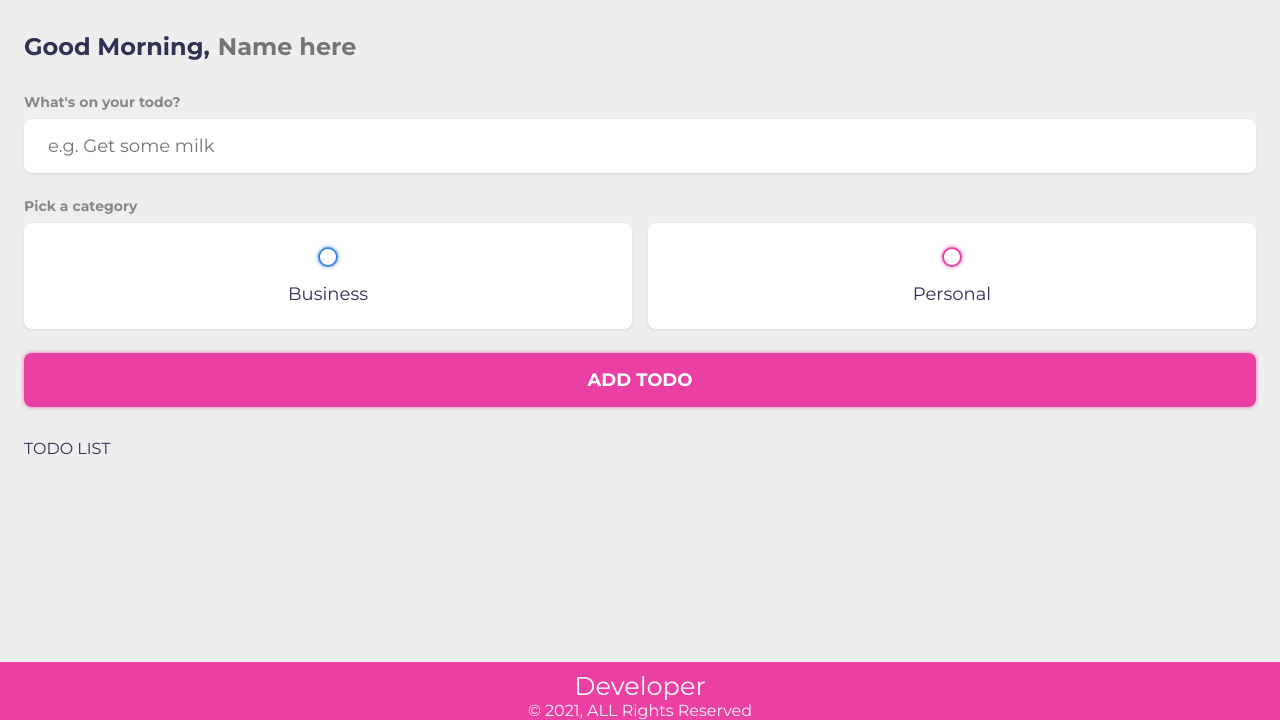
Repository: kluivert-ssali/kaDo_final
Page: index.html
The author's editor kept a copy of each file at every save. The page is drawn from the files as they stood at one save, then again after the next save.
The browser window is 1280 px wide. The pictures show the whole page.
Some web libraries are served in a nearby version.

Above is the page before, as saved 2023-06-11 21:23:04.

### index.html
<!DOCTYPE html>
<html lang="en">
  <head>
    <meta charset="UTF-8" />
    <meta http-equiv="X-UA-Compatible" content="IE=edge" />
    <meta name="viewport" content="width=device-width, initial-scale=1.0" />
    <title>KaDo</title>
    <!-- CSS Import -->
    <link rel="stylesheet" href="main.css" />
    <!-- End of CSS Import -->
    <!-- Fonts -->
    <link rel="preconnect" href="https://fonts.googleapis.com" />
    <link rel="preconnect" href="https://fonts.gstatic.com" crossorigin />
    <link
      href="https://fonts.googleapis.com/css2?family=Fira+Sans:ital,wght@0,400;0,700;0,900;1,400&family=Montserrat:ital,wght@0,400;0,700;0,900;1,400&display=swap"
      rel="stylesheet"
    />
    <!-- End of Fonts -->
  </head>
  <body>
    <script src="https://ajax.googleapis.com/ajax/libs/jquery/2.1.1/jquery.min.js"></script>
    <!-- App Wrapper -->
    <main class="app">
      <!-- Greeting -->
      <h class="day-message"></h>
      <section class="greeting">
        <h2 class="title">
          <span class="day-message"></span>,<input
            type="text"
            id="name"
            placeholder="Name here"
          />
        </h2>
      </section>
      <!-- End of Greeting -->

      <!-- New Todo -->
      <section class="create-todo">
        <form id="new-todo-form">
          <h4>What's on your todo?</h4>
          <input
            type="text"
            placeholder="e.g. Get some milk"
            name="content"
            id="content"
          />

          <h4>Pick a category</h4>
          <div class="options">
            <label>
              <input
                type="radio"
                name="category"
                id="category1"
                value="business"
              />
              <span class="bubble business"></span>
              <div>Business</div>
            </label>
            <label>
              <input
                type="radio"
                name="category"
                id="category2"
                value="personal"
              />
              <span class="bubble personal"></span>
              <div>Personal</div>
            </label>
          </div>

          <input type="submit" value="Add todo" />
        </form>
      </section>
      <!-- End of New Todo -->

      <!-- Todo List -->
      <section class="todo-list">
        <h3>TODO LIST</h3>
        <div class="list" id="todo-list"></div>
      </section>
      <!-- End of Todo List -->
    </main>
    <!-- End of App Wrapper -->

    <!-- JS Import -->
    <script src="main.js"></script>
    <!-- End of JS Import -->
    <footer class="footer">
      <p class="company-name">Developer</p> &copy; 2021, ALL Rights Reserved</p>
    </footer>
  </body>
</html>

### main.css
/* Variables */
:root {
	--primary: #EA40A4;
	--business: #3a82ee;
	--personal: var(--primary);
	--light: #EEE;
	--grey: #888;
	--dark: #313154;
	--danger: #ff5b57;

	--shadow: 0 1px 3px rgba(0, 0, 0, 0.1);

	--business-glow: 0px 0px 4px rgba(58, 130, 238, 0.75);
	--personal-glow: 0px 0px 4px rgba(234, 64, 164, 0.75);
}
/* End of Variables */

/* Resets */
* {
	margin: 0;
	padding: 0;
	box-sizing: border-box;
	font-family: 'montserrat', sans-serif;
}

input:not([type="radio"]):not([type="checkbox"]), button {
	appearance: none;
	border: none;
	outline: none;
	background: none;
	cursor: initial;
}
/* End of Resets */

body {
	background: var(--light);
	color: var(--dark);
}

section {
	margin-top: 2rem;
	margin-bottom: 2rem;
	padding-left: 1.5rem;
	padding-right: 1.5rem;
}

h3 {
	color: var(--dark);
	font-size: 1rem;
	font-weight: 400;
	margin-bottom: 0.5rem;
}

h4 {
	color: var(--grey);
	font-size: 0.875rem;
	font-weight: 700;
	margin-bottom: 0.5rem;
}

.greeting .title {
	display: flex;
}

.greeting .title input {
	margin-left: 0.5rem;
	flex: 1 1 0%;
	min-width: 0;
}

.greeting .title,
.greeting .title input {
	color: var(--dark);
	font-size: 1.5rem;
	font-weight: 700;
}

.create-todo input[type="text"] {
	display: block;
	width: 100%;
	font-size: 1.125rem;
	padding: 1rem 1.5rem;
	color: var(--dark);
	background-color: #FFF;
	border-radius: 0.5rem;
	box-shadow: var(--shadow);
	margin-bottom: 1.5rem;
}

.create-todo .options {
	display: grid;
	grid-template-columns: repeat(2, 1fr);
	grid-gap: 1rem;
	margin-bottom: 1.5rem;
}

.create-todo .options label {
	display: flex;
	flex-direction: column;
	align-items: center;
	justify-content: center;
	background-color: #FFF;
	padding: 1.5rem;
	box-shadow: var(--shadow);
	border-radius: 0.5rem;
	cursor: pointer;
}

input[type="radio"],
input[type="checkbox"] {
	display: none;
}

.bubble {
	display: flex;
	align-items: center;
	justify-content: center;
	width: 20px;
	height: 20px;
	border-radius: 999px;
	border: 2px solid var(--business);
	box-shadow: var(--business-glow);
}

.bubble.personal {
	border-color: var(--personal);
	box-shadow: var(--personal-glow);
}

.bubble::after {
	content: '';
	display: block;
	opacity: 0;
	width: 0px;
	height: 0px;
	background-color: var(--business);
	box-shadow: var(--business-glow);
	border-radius: 999px;
	transition: 0.2s ease-in-out;
}

.bubble.personal::after {
	background-color: var(--personal);
	box-shadow: var(--personal-glow);
}

input:checked ~ .bubble::after {
	width: 10px;
	height: 10px;
	opacity: 1;
}

.create-todo .options label div {
	color: var(--dark);
	font-size: 1.125rem;
	margin-top: 1rem;
}

.create-todo input[type="submit"] {
	display: block;
	width: 100%;
	font-size: 1.125rem;
	padding: 1rem 1.5rem;
	color: #FFF;
	font-weight: 700;
	text-transform: uppercase;
	background-color: var(--primary);
	box-shadow: var(--personal-glow);
	border-radius: 0.5rem;
	cursor: pointer;
	transition: 0.2s ease-out;
}

.create-todo input[type="submit"]:hover {
	opacity: 0.75;
}

.todo-list .list {
	margin: 1rem 0;
}

.todo-list .todo-item {
	display: flex;
	align-items: center;
	background-color: #FFF;
	padding: 1rem;
	border-radius: 0.5rem;
	box-shadow: var(--shadow);
	margin-bottom: 1rem;
}

.todo-item label {
	display: block;
	margin-right: 1rem;
	cursor: pointer;
}

.todo-item .todo-content {
	flex: 1 1 0%;
}

.todo-item .todo-content input {
	color: var(--dark);
	font-size: 1.125rem;
}

.todo-item .actions {
	display: flex;
	align-items: center;
}

.todo-item .actions button {
	display: block;
	padding: 0.5rem;
	border-radius: 0.25rem;
	color: #FFF;
	cursor: pointer;
	transition: 0.2s ease-in-out;
}

.todo-item .actions button:hover {
	opacity: 0.75;
}

.todo-item .actions .edit {
	margin-right: 0.5rem;
	background-color: var(--primary);
}

.todo-item .actions .delete {
	background-color: var(--danger);
}

.todo-item.done .todo-content input {
	text-decoration: line-through;
	color: var(--grey);
}
/* footer */
.footer{
    position: fixed;
    bottom: 0;
    left: 0;
    width: 100%;
    background: #EA40A4;
    text-align: center;
    color: #f4f4f4;
}

.icons{
    padding-top: 1rem;
}

.icons a{
    text-decoration: none;
    font-size: 2rem;
    margin: 0.5rem;
    color: #f4f4f4;
}

.company-name{
    font-size: 1.6rem;
    margin-top: 0.5rem;
}

@media (max-width: 500px){
    html{
        font-size: 50%;
    }
}

@media(min-width: 501px) and (max-width: 768px){
    html{
    font-size: 50%;
    }
}

### main.js
// good morning function
$(document).ready(function() {
	function dateTime() {
	  var ndate = new Date();
	  var hours = ndate.getHours();
	  var message = hours < 12 ? 'Good Morning' : hours < 18 ? 'Good Afternoon' : 'Good Evening';
	  $("span.day-message").text(message);

	  $('.date').html(hours.leadingZeroes(2) + ":" + ndate.getMinutes().leadingZeroes(2) + ":" + ndate.getSeconds().leadingZeroes(2) + (hours < 12 ? 'AM' : 'PM'));
	}

	setInterval(dateTime, 1000);
  });

  Number.prototype.leadingZeroes = function(len) {
	return (new Array(len).fill('0', 0).join('') + this).slice(-Math.abs(len));
  }
//   End of good morning furn



window.addEventListener('load', () => {
	todos = JSON.parse(localStorage.getItem('todos')) || [];
	const nameInput = document.querySelector('#name');
	const newTodoForm = document.querySelector('#new-todo-form');

	const username = localStorage.getItem('username') || '';

	nameInput.value = username;

	nameInput.addEventListener('change', (e) => {
		localStorage.setItem('username', e.target.value);
	})

	newTodoForm.addEventListener('submit', e => {
		e.preventDefault();

		const todo = {
			content: e.target.elements.content.value,
			category: e.target.elements.category.value,
			done: false,
			createdAt: new Date().getTime()
		}

		todos.push(todo);

		localStorage.setItem('todos', JSON.stringify(todos));

		// Reset the form
		e.target.reset();

		DisplayTodos()
	})

	DisplayTodos()
})

function DisplayTodos () {
	const todoList = document.querySelector('#todo-list');
	todoList.innerHTML = "";

	todos.forEach(todo => {
		const todoItem = document.createElement('div');
		todoItem.classList.add('todo-item');

		const label = document.createElement('label');
		const input = document.createElement('input');
		const span = document.createElement('span');
		const content = document.createElement('div');
		const actions = document.createElement('div');
		const edit = document.createElement('button');
		const deleteButton = document.createElement('button');

		input.type = 'checkbox';
		input.checked = todo.done;
		span.classList.add('bubble');
		if (todo.category == 'personal') {
			span.classList.add('personal');
		} else {
			span.classList.add('business');
		}
		content.classList.add('todo-content');
		actions.classList.add('actions');
		edit.classList.add('edit');
		deleteButton.classList.add('delete');

		content.innerHTML = `<input type="text" value="${todo.content}" readonly>`;
		edit.innerHTML = 'Edit';
		deleteButton.innerHTML = 'Delete';

		label.appendChild(input);
		label.appendChild(span);
		actions.appendChild(edit);
		actions.appendChild(deleteButton);
		todoItem.appendChild(label);
		todoItem.appendChild(content);
		todoItem.appendChild(actions);

		todoList.appendChild(todoItem);

		if (todo.done) {
			todoItem.classList.add('done');
		}

		input.addEventListener('change', (e) => {
			todo.done = e.target.checked;
			localStorage.setItem('todos', JSON.stringify(todos));

			if (todo.done) {
				todoItem.classList.add('done');
			} else {
				todoItem.classList.remove('done');
			}

			DisplayTodos()

		})

		edit.addEventListener('click', (e) => {
			const input = content.querySelector('input');
			input.removeAttribute('readonly');
			input.focus();
			input.addEventListener('blur', (e) => {
				input.setAttribute('readonly', true);
				todo.content = e.target.value;
				localStorage.setItem('todos', JSON.stringify(todos));
				DisplayTodos()

			})
		})

		deleteButton.addEventListener('click', (e) => {
			todos = todos.filter(t => t != todo);
			localStorage.setItem('todos', JSON.stringify(todos));
			DisplayTodos()
		})

	})
}

After the next save:
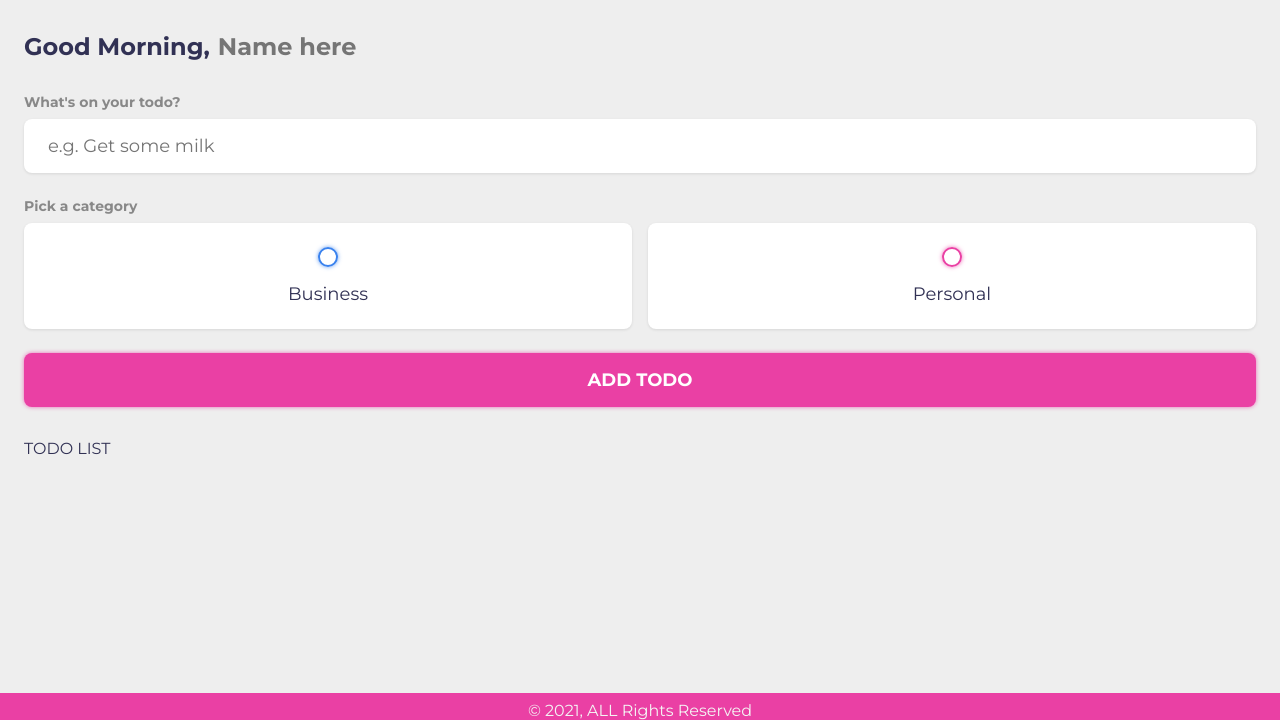
Saved 11 s later.
--- a/index.html
+++ b/index.html
@@ -87,7 +87,7 @@
     <script src="main.js"></script>
     <!-- End of JS Import -->
     <footer class="footer">
-      <p class="company-name">Developer</p> &copy; 2021, ALL Rights Reserved</p>
+      <p class="company-name"></p> &copy; 2021, ALL Rights Reserved</p>
     </footer>
   </body>
 </html>

After the save that followed:
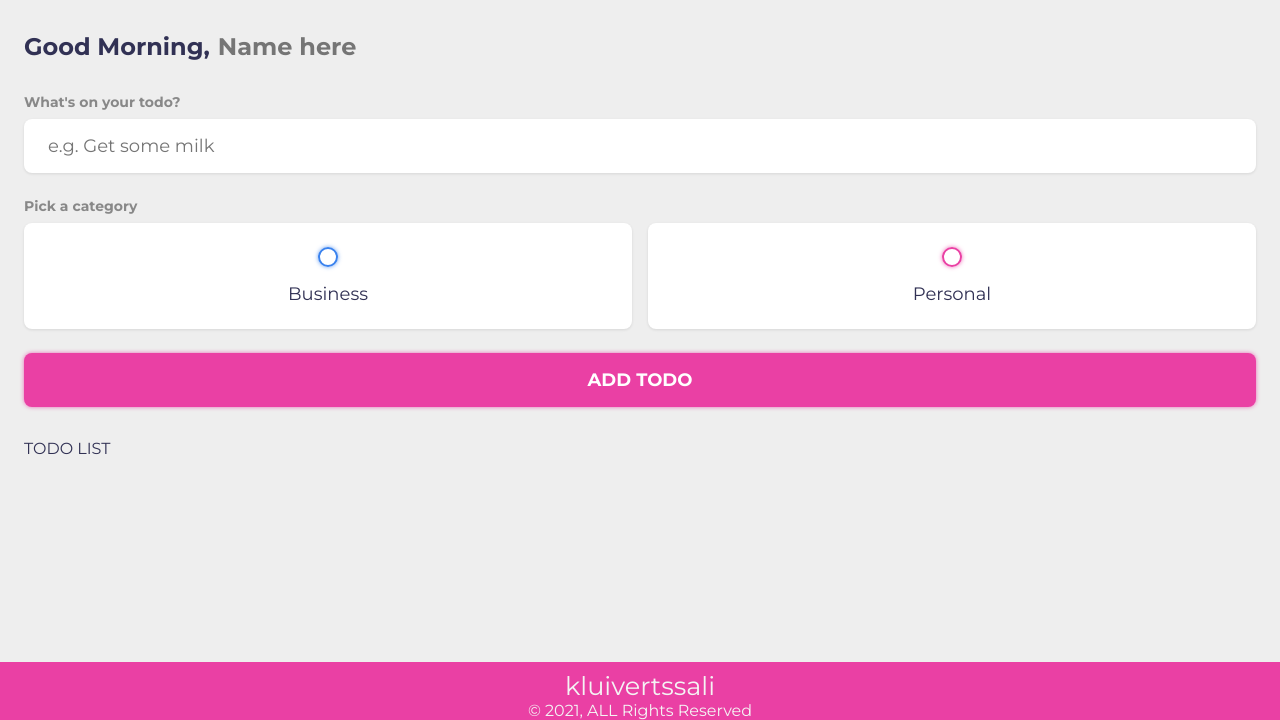
Saved 18 s later.
--- a/index.html
+++ b/index.html
@@ -87,7 +87,7 @@
     <script src="main.js"></script>
     <!-- End of JS Import -->
     <footer class="footer">
-      <p class="company-name"></p> &copy; 2021, ALL Rights Reserved</p>
+      <p class="company-name">kluivertssali</p> &copy; 2021, ALL Rights Reserved</p>
     </footer>
   </body>
 </html>
